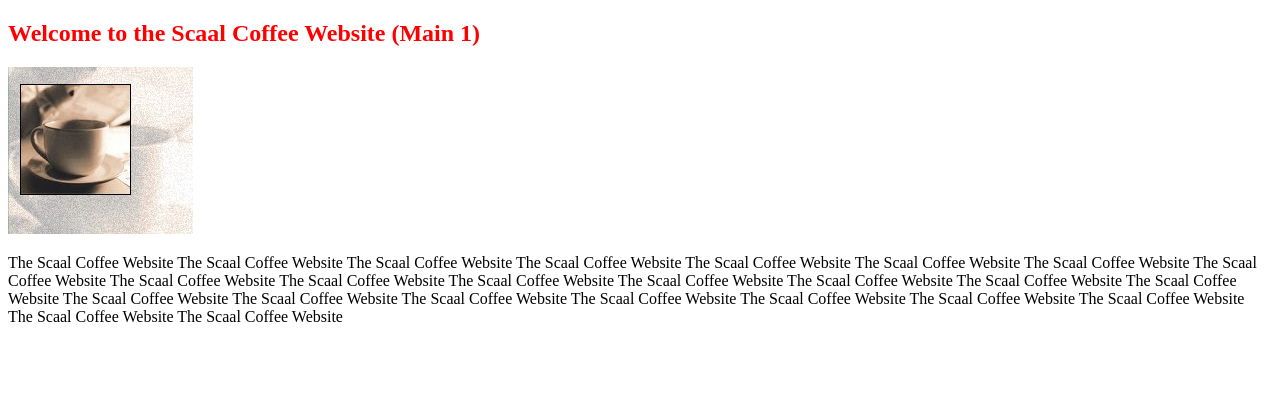
Repository: Tan-Khang21/TH_TKW--Buoi_03
Page: BT_mau/Bai_4/main1.html
These files come from the project's save history. The page is drawn as it stood at one moment and after the next save; the edit follows.
The browser window is 1280 px wide. The pictures show the whole page.

Above is the page before, as saved 2024-02-27 20:05:50.

After the next save:
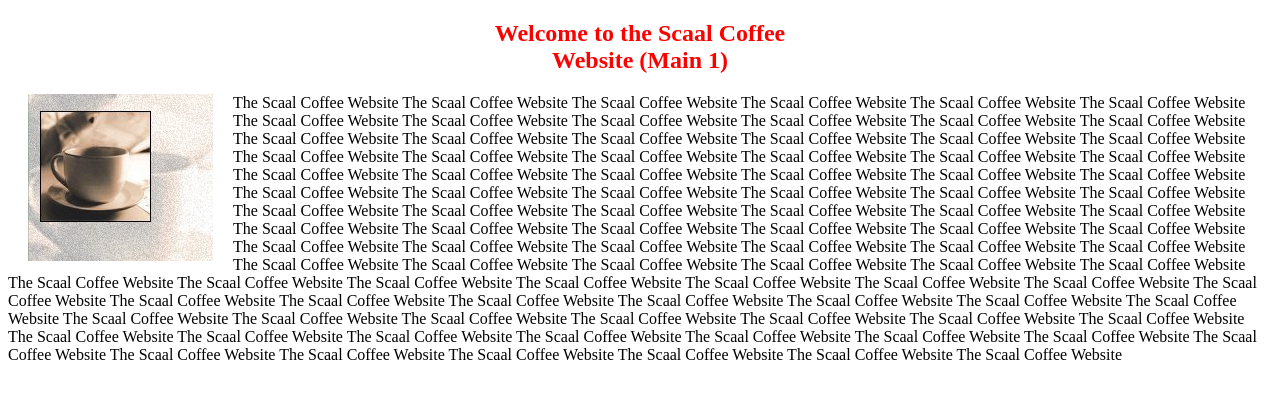
Saved 1 s later.
--- a/BT_mau/Bai_4/main1.html
+++ b/BT_mau/Bai_4/main1.html
@@ -6,9 +6,33 @@
     <title>Document</title>
   </head>
   <body>
-    <h2 style="color: red;">Welcome to the Scaal Coffee Website (Main 1)</h2>
-    <img src="/BT_mau/Bai_3/images/hinh.jpg" alt="" />
+    <h2 style="color: red; text-align: center;">Welcome to the Scaal Coffee <br> Website (Main 1)</h2>
+    <img src="/BT_mau/Bai_3/images/hinh.jpg" alt="" hspace="20" style="float: left;"/>
     <p>
+      The Scaal Coffee Website The Scaal Coffee Website The Scaal Coffee Website
+      The Scaal Coffee Website The Scaal Coffee Website The Scaal Coffee Website
+      The Scaal Coffee Website The Scaal Coffee Website The Scaal Coffee Website
+      The Scaal Coffee Website The Scaal Coffee Website The Scaal Coffee Website
+      The Scaal Coffee Website The Scaal Coffee Website The Scaal Coffee Website
+      The Scaal Coffee Website The Scaal Coffee Website The Scaal Coffee Website
+      The Scaal Coffee Website The Scaal Coffee Website The Scaal Coffee Website
+      The Scaal Coffee Website The Scaal Coffee Website The Scaal Coffee Website
+      The Scaal Coffee Website The Scaal Coffee Website The Scaal Coffee Website
+      The Scaal Coffee Website The Scaal Coffee Website The Scaal Coffee Website
+      The Scaal Coffee Website The Scaal Coffee Website The Scaal Coffee Website
+      The Scaal Coffee Website The Scaal Coffee Website The Scaal Coffee Website
+      The Scaal Coffee Website The Scaal Coffee Website The Scaal Coffee Website
+      The Scaal Coffee Website The Scaal Coffee Website The Scaal Coffee Website
+      The Scaal Coffee Website The Scaal Coffee Website The Scaal Coffee Website
+      The Scaal Coffee Website The Scaal Coffee Website The Scaal Coffee Website
+      The Scaal Coffee Website The Scaal Coffee Website The Scaal Coffee Website
+      The Scaal Coffee Website The Scaal Coffee Website The Scaal Coffee Website
+      The Scaal Coffee Website The Scaal Coffee Website The Scaal Coffee Website
+      The Scaal Coffee Website The Scaal Coffee Website The Scaal Coffee Website
+      The Scaal Coffee Website The Scaal Coffee Website The Scaal Coffee Website
+      The Scaal Coffee Website The Scaal Coffee Website The Scaal Coffee Website
+      The Scaal Coffee Website The Scaal Coffee Website The Scaal Coffee Website
+      The Scaal Coffee Website The Scaal Coffee Website The Scaal Coffee Website
       The Scaal Coffee Website The Scaal Coffee Website The Scaal Coffee Website
       The Scaal Coffee Website The Scaal Coffee Website The Scaal Coffee Website
       The Scaal Coffee Website The Scaal Coffee Website The Scaal Coffee Website
